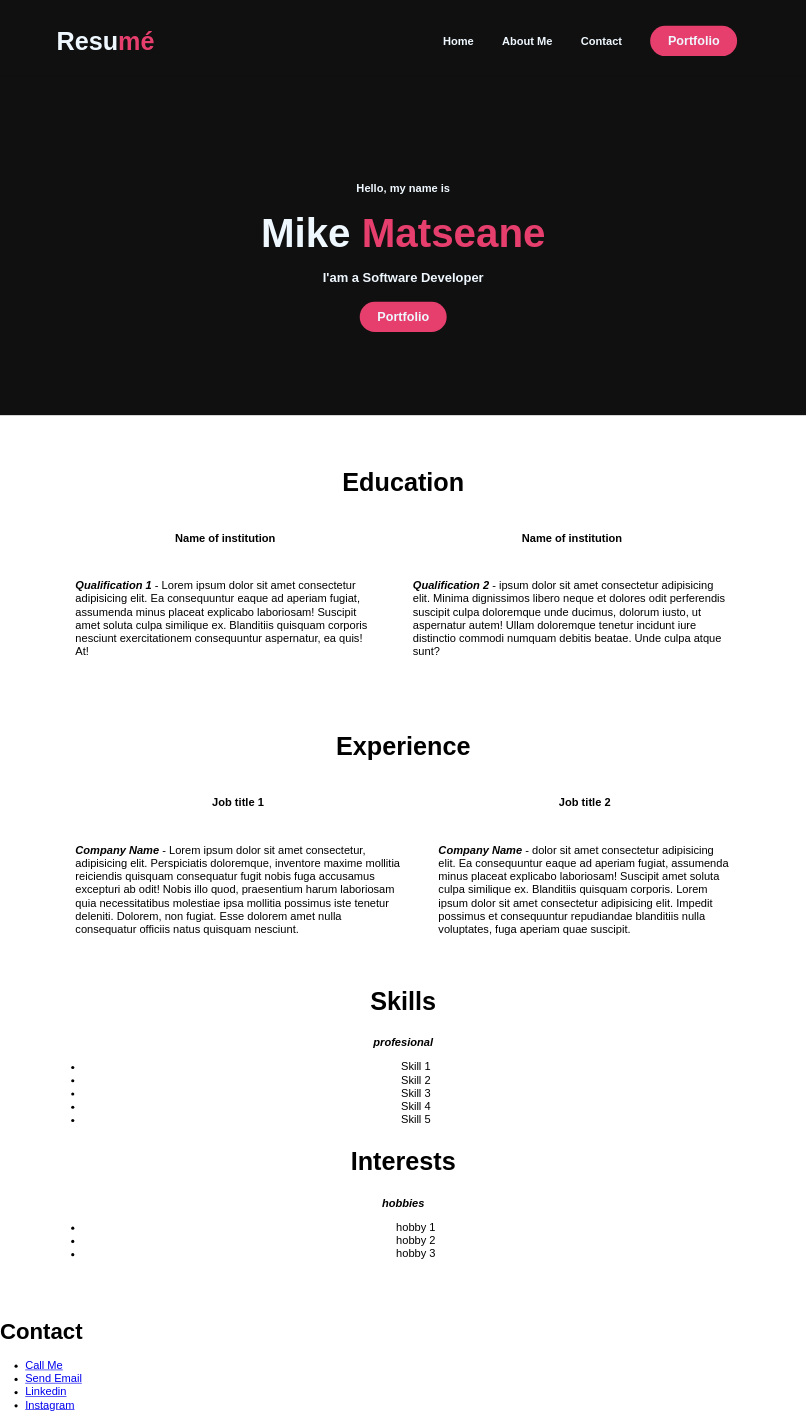
Repository: mikempho/Resume1
Page: resume1.html
An editor plug-in stored every save of this project. The page is shown before and after the next save, followed by the edit.
The browser window is 1280 px wide. The pictures show the whole page, at 63% of full size.

Above is the page before, as saved 2022-03-29 10:57:36.

### resume1.html
<html lang="en">
<head>
    <meta charset="UTF-8">
    <meta http-equiv="X-UA-Compatible" content="IE=edge">
    <meta name="viewport" content="width=device-width, initial-scale=1.0">
    <link rel="stylesheet" href="./css/stylesheet.css">
    <title>Mike Matseane</title>
</head>
<body>

    <section>

        <div class="hero">
            <!-- Navigation Bar -->
            <nav class="navbar">
                <h2 class="resume-logo">Resu<span>mé</span></h2>
                <ul>
                    <li><a href="resume1.html">Home</a></li>
                    <li><a href="#education">About Me</a></li>
                    <li><a href="#contact-info">Contact</a></li>
                    <li><a href="#"><span class="call-to-action">Portfolio</span></a></li>
                </ul>
            </nav>

            <div class="intro">
                <!-- <img src="" alt="Profile-Img"> -->
                <h4>Hello, my name is </h4>
                <h1 class="name">Mike <span>Matseane</span></h1>
                <h3>I'am a Software Developer</h3>
                <a href="#"><span class="call-to-action">Portfolio</span></a>
            </div>

        </div>

        <main>
            <!-- Education Section -->

            <div id="education">
                <h2>Education</h2>
                <div class="content">
                    <div class="container">
                        <h4>Name of institution</h4>
                        <p><strong><em>Qualification 1</em></strong> - Lorem ipsum dolor sit amet consectetur adipisicing elit. Ea consequuntur eaque ad aperiam fugiat, assumenda minus placeat explicabo laboriosam! Suscipit amet soluta culpa similique ex. Blanditiis quisquam corporis nesciunt exercitationem consequuntur aspernatur, ea quis! At!</p>
                    </div>
                    <div class="container">
                        <h4>Name of institution</h4>
                        <p><strong><em>Qualification 2</em></strong> - ipsum dolor sit amet consectetur adipisicing elit. Minima dignissimos libero neque et dolores odit perferendis suscipit culpa doloremque unde ducimus, dolorum iusto, ut aspernatur autem! Ullam doloremque tenetur incidunt iure distinctio commodi numquam debitis beatae. Unde culpa atque sunt?</p>
                    </div>
                </div>
            </div>

            <!-- Experience Section-->
            <div id="experience">
                <h2>Experience</h2>
                <div class="content">
                    <div class="container">
                        <h4>Job title 1</h4>
                        <p><strong><em>Company Name</em></strong> - Lorem ipsum dolor sit amet consectetur, adipisicing elit. Perspiciatis doloremque, inventore maxime mollitia reiciendis quisquam consequatur fugit nobis fuga accusamus excepturi ab odit! Nobis illo quod, praesentium harum laboriosam quia necessitatibus molestiae ipsa mollitia possimus iste tenetur deleniti. Dolorem, non fugiat. Esse dolorem amet nulla consequatur officiis natus quisquam nesciunt.</p>
                    </div>
                    <div class="container">
                        <h4>Job title 2</h4>
                        <p><strong><em>Company Name</em></strong> - dolor sit amet consectetur adipisicing elit. Ea consequuntur eaque ad aperiam fugiat, assumenda minus placeat explicabo laboriosam! Suscipit amet soluta culpa similique ex. Blanditiis quisquam corporis. Lorem ipsum dolor sit amet consectetur adipisicing elit. Impedit possimus et consequuntur repudiandae blanditiis nulla voluptates, fuga aperiam quae suscipit.</p>
                    </div>
                </div>
            </div>

            <!-- Skills Section -->
            <div id="skills">
                <h2>Skills</h2>
                <div>
                    <p><strong><em>profesional</em></strong></p>
                    <ul>
                        <li>Skill 1</li>
                        <li>Skill 2</li>
                        <li>Skill 3</li>
                        <li>Skill 4</li>
                        <li>Skill 5</li>
                    </ul>
                </div>
            </div>
            <div id="interests">
                <h2>Interests</h2>
                <div>
                    <p><strong><em>hobbies</em></strong></p>
                    <ul>
                        <li>hobby 1</li>
                        <li>hobby 2</li>
                        <li>hobby 3</li>
                    </ul>
                </div>
            </div>
        </main>
    </section>


    <!-- Footer Section -->
    <footer>
        <div id="contact-info">
            <h1>Contact</h1>
            <ul>
                <!-- target(_blank) = New Tab -->
                <!-- Call Me -->
                <li><a href="tel:0681454887" target="_blank">Call Me</a></li>

                <!-- Send Email -->
                <li><a href="mailto:mikempho03@gmail.com" target="_blank">Send Email</a></li>

                <!-- Linkedin (Socials) -->
                <li><a href="https://www.linkedin.com/feed/" target="_blank">Linkedin</a></li>

                <!-- Instagram -->
                <li><a href="https://www.instagram.com/mike_mx.sa/tagged/" target="_blank">Instagram</a></li>
            </ul>
        </div>

    </footer>
</body>
</html>

### css/stylesheet.css
body{
  font-family:Arial, Helvetica, sans-serif;
  font-size:110%;
  margin: 0;
}

h2 {
  font-size: 2.5rem;
}
/* Hero Section */

.hero {
  background-color: #101010;
  color: aliceblue;
  text-align: center;
}

span {
  color: E63E6D;
}

.resume-logo {
  font-size: 2.5rem;
  cursor: pointer;
}
.navbar {
  /* position: fixed; */
  display: flex;
  align-items: center;
  justify-content: space-between;
  padding-top: 10px;
  padding-left:7%;
  padding-right:7%;
  background-color: #101010;
  /* width: 100%; */
}

nav ul li{
  list-style: none;
  display: inline;
  padding: 0 20px;
  font-weight: 600;
  font-size:1.1rem;
}

nav ul li a {
  text-decoration: none;
  color: aliceblue;
}

.call-to-action {
  padding: 10px 25px;
  color: aliceblue;
  font-size: 20px;
  border: solid transparent;
  background-color:E63E6D;
  border-radius: 80px;
}

nav ul li a:hover {
  color: E63E6D;
  transition: 0.7s;
}

.call-to-action:hover {
  background-color: #101010;
  border-color: white;
  transition: 0.5s;
}

.intro {
  padding: 9rem 0;
}

.name {
  font-size: 4rem;
  margin: 0;
}

.intro a{
  text-decoration: none;
  font-weight: 600;
}

.intro h3 {
  margin-bottom: 40px;
}

/* Main Section  */

main {
  text-align: center;
  padding: 4% 7%;
}

.content {
  display: flex;
}

.content p {
  text-align: left;
  padding: 30px;
}

#education {
  margin-bottom: 70px;
}

After the next save:
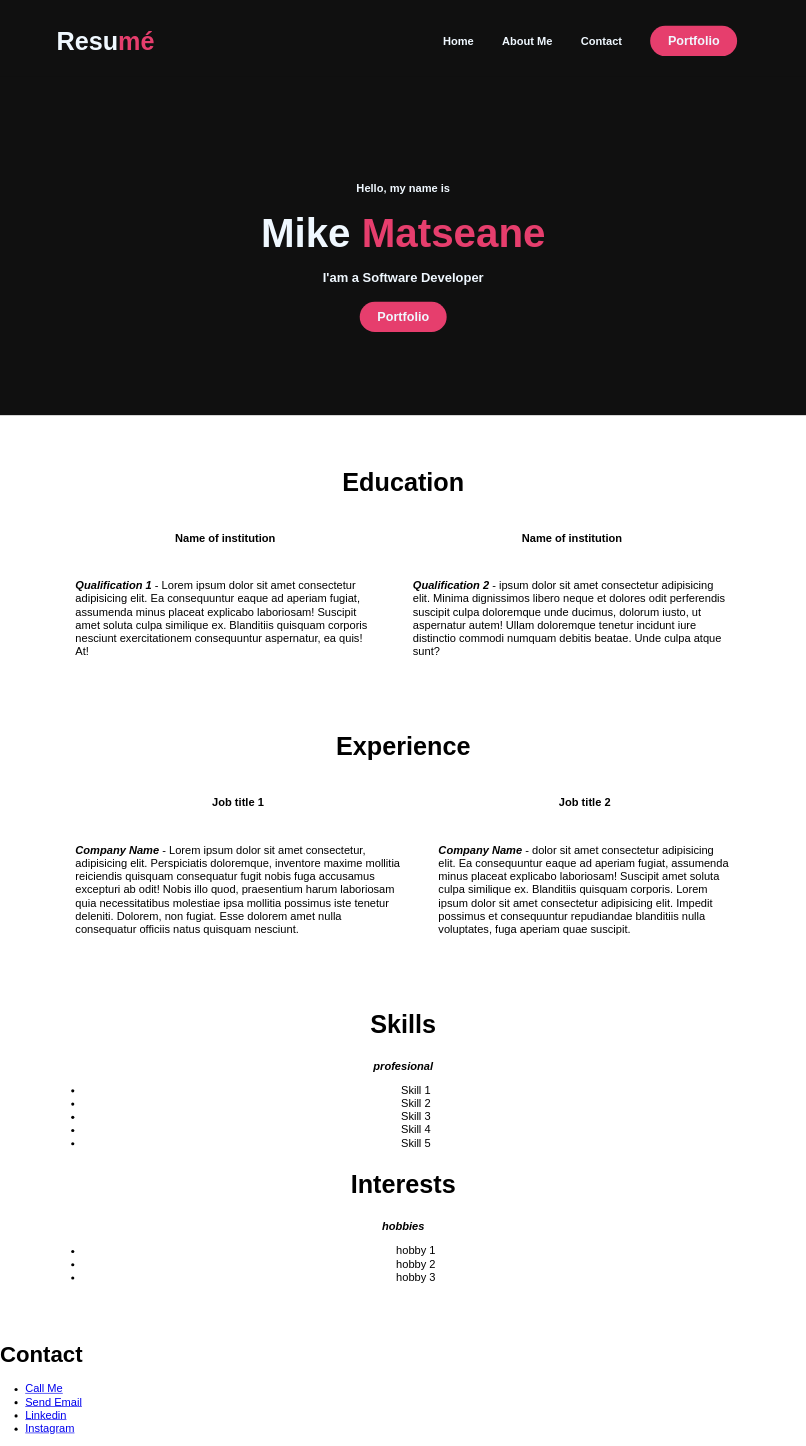
Saved 24 s later.
--- a/css/stylesheet.css
+++ b/css/stylesheet.css
@@ -102,6 +102,6 @@ main {
   padding: 30px;
 }
 
-#education {
+#education, #experience {
   margin-bottom: 70px;
 }
